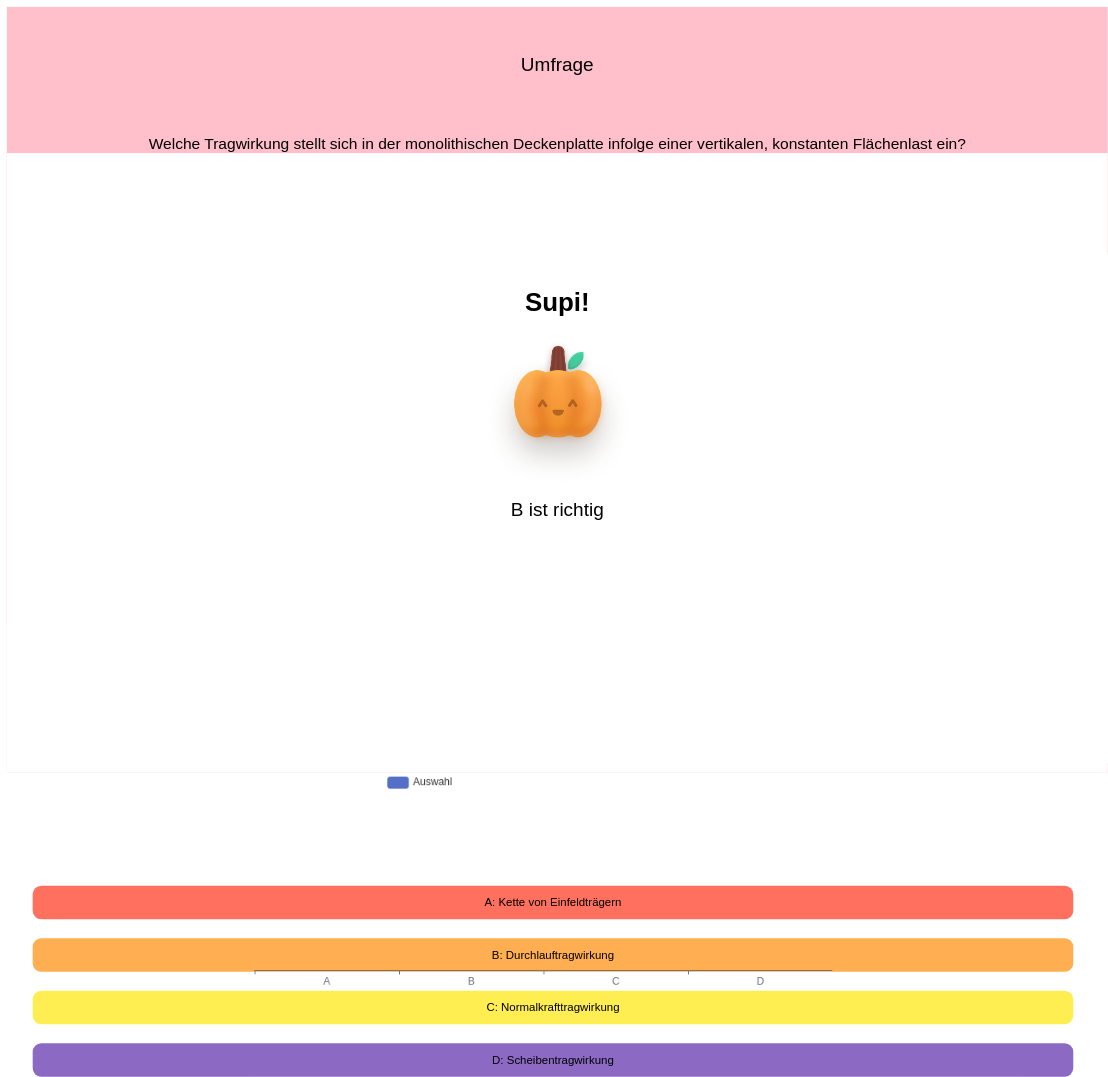
Repository: HyunraDate/Quinlan
Page: /Ergebnis1
The author's editor kept a copy of each file at every save. The page is drawn from the files as they stood at one save, then again after the next save.
The browser window is 1280 px wide. The page is 1288 px wide, so the pictures cover 1288 px, including what lies to the right of the window. The pictures show the whole page, at 86% of full size.
The page's requests for data from a server got no answer. The project was rebuilt for these pictures with package versions that can differ from the ones it lists, and the page was loaded fresh each time. No one was signed in, and anything a server would have sent is missing. Also part of the build but not shown: vite.config.js, src/views/Ergebnis2.vue, src/views/Erklaerung.vue.

Above is the page before, as saved 2023-07-04 10:24:57.

### index.html
<!DOCTYPE html>
<html lang="en">
  <head>
    <meta charset="UTF-8" />
    <link rel="icon" type="image/svg+xml" href="/vite.svg" />
    <meta name="viewport" content="width=device-width, initial-scale=1.0" />
    <title>Vite + Vue</title>
  </head>
  <body>
    <div id="app"></div>
    <script type="module" src="/src/main.js"></script>
    <script
    src="https://cdnjs.cloudflare.com/ajax/libs/echarts/5.4.1/echarts.min.js"
    integrity="sha512-OTbGFYPLe3jhy4bUwbB8nls0TFgz10kn0TLkmyA+l3FyivDs31zsXCjOis7YGDtE2Jsy0+fzW+3/OVoPVujPmQ=="
    crossorigin="anonymous"
    referrerpolicy="no-referrer">
    </script>

  </body>
</html>

### src/main.js
import { createApp } from 'vue'
// import './style.css'
import './utils/rem'
import App from './views/FragePage.vue'
import router from './router'
import * as echarts from 'echarts/core'

const app=createApp(App)//用const = 去挂载
app.use(router) //要先use哦
app.provide("ec", echarts);

// app.config.globalProperties.$axios = axios.create({
//     baseURL: 'http://localhost:8000', // 设置axios的基本URL
//     headers: {
//     // 设置axios请求的头部信息
//     }
// });

//createApp(app).mount('#app')
app.mount('#app')

### src/utils/rem.js
//rem等比适配配置文件
// 基准大小
const baseSize = 16
// 设置 rem 函数
function setRem () {
        // 当前页面宽度相对于 1920宽的缩放比例，可根据自己需要修改。
    const scale = document.documentElement.clientWidth / 1920
    // 设置页面根节点字体大小（“Math.min(scale, 2)” 指最高放大比例为2，可根据实际业务需求调整）
    document.documentElement.style.fontSize = baseSize * Math.min(scale, 2) + 'px'
    // 初始化
    setRem()
    // 改变窗口大小时重新设置
    rem.window.onresize = function () { setRem() }
}

### src/views/FragePage.vue
<!-- <template>
    <div>
    <div class="flex-col page">
        <div class="flex-col items-center">
          span class="font_1">Umfrage</span>
      <br/>

      <body onload="run()">
        wird in <span id="spanId" style="color:#FE9637">60</span>Sekunden springen!
      </body>
    </div>
</template> -->
<script>
// import { useStore } from '@store/index'
// //先引入useRouter
// import { useRouter } from 'vue-router'

// export default {
//   const store = useStore()
//   const router = useRouter()
//   //通过定义一个方法，使用Router进行跳转
//   const test =()=>
//   router.push()
// }

// import { useRouter , useRoute } from 'vue-router'

// setup(){
//     const $router=useRouter()
//     const $route=useRoute()

//     // 对象 $router.push()可以向history对象添加新记录
//     $router.push({ path: 'Ergebnis1' })
// }


// return {
//   store,
//   //这里暴露test方法
//   test
// }
// 页面一加载完成，该方法就会执行
// 读秒，一秒钟数字改变一次

// export default { 唔可以系setup度用
//   methods: {
//     scrollTo(target) {
//       const element = this.$refs[target];
//       element.scrollIntoView({ behavior: 'smooth' });
//     }
//   }
// }

var x = 60;
var select = "Step3.html";

function run(){
  // 获取到的是span标签的对象
  var span = document.getElementById("spanId");
  // 获取span标签中间的文本
  span.innerHTML = x;
  x--;
  // 再让run方法执行呢，一秒钟执行一次
  if(x < 0)window.location = select;
  else window.setTimeout("run()", 1000);

};

function test(click){
  select = click;
}

export default {
  data() {
    return {
      isDisabled: false,
      showButton: true,
    };
  },
  //Falls du die Btns nicht zeigen möchtest
  // beforeRouteEnter(to, from, next) {
  //   next(vm => {
  //     vm.showButton = false
  //   })
  // },
  // mounted() {
  //   // 在页面加载时显示按钮
  //   this.showButton = true;
  // },
  // beforeDestroy() {
  //   // 在页面销毁之前隐藏按钮
  //   this.showButton = false;
  // },

  methods:{
    option1:function(){
      console.log(this.$router);
      // this.$router.plus('/') 这里跳转不了欸
      //this.$router.push({path:"/"}) //传入对象 但也跳转不了欸 push!唔系plus啊死蠢！
      //this.showButton = false;

      //带参数
      this.$router.push({path:'/Ergebnis1'}) //成功跳转了！！okok!!
      //this.$router.push({name:"almond",params:{id:Chocolat}}) //传参 这里传不到欸 // 试一下传right
      },

      option2:function(){
        console.log(this.$router);
        //this.showButton = false; //hier zeigt die Button nicht mehr, wie du möchtest

        //带参数
        this.$router.push({path:'/Ergebnis2'}) //成功跳转了！！okok!!
        //如果要动态传参

        //this.$router.push({name:"Ergebnis2",params:{id:A}}) //传参 这里传不到欸 // 试一下传worong
      },

      onClick() {
        // 在点击事件监听器中禁用按钮
        this.isDisabled = true;
        // 在每个按钮上使用 v-bind:disabled 指令，将其值绑定为 isDisabled，
        //当 isDisabled 为 true 时，按钮将被禁用。
        console.log("Button clicked")
      },
  },


}
</script>

<template>
<body >
<div>
  <!-- <div class="flex-col page"> </div>  太占位啦！-->
    <div class="flex flex-col items-center">
    <br/><br/><br/>
    <span class="font_1">Umfrage</span>
    <!--style="{
      margin: 0;
      font-size: 1.38rem;
      font-family: Inter;
      line-height: 1.63rem;
      color: #000000;
      font-family: 'Work Sans', sans-serif;
      text-align: center;
      }"-->
    <br/><br/>
    <!-- <br/><br/> -->
    <span class="text">
    Welche Tragwirkung stellt sich in der monolithischen Deckenplatte infolge einer vertikalen, konstanten
    Flächenlast ein?
    <br/>
    </span>
  <router-view/>

<!-- onload="run()" 这里加载不了 这个onload function欸-->
<!-- wird in <span id="spanId" style="color:#FE9637">60</span>Sekunden springen! -->
</div>



<!-- 要页面跳转了
1、 router-link: <router-link to='/testDemo'>
                <button>点击跳转2</button>
                </router-link>

2、 this.$router.push('/a')
3、 get params ->  console.log(this.$route.params.a); -->
<div class="flex-col group space-y-22">

  <!-- <router-link to="Ergebnis2"><button class="flex-col justify-start items-center text-wrapper " type="submit">A: Kette von Einfeldträgern</button></router-link> -->
  <!-- <button class="flex-col justify-start items-center text-wrapper " type="submit" a href="Step3.html">A: Kette von Einfeldträgern</button> -->


  <!-- <router-link to="Ergebnis1"><button class="flex-col justify-start items-center text-wrapper_2 " type="submit">B: Durchlauftragwirkung</button></router-link> -->

  <!-- <router-link to="Ergebnis2"><button class="flex-col justify-start items-center text-wrapper_3" type="button">C: Normalkrafttragwirkung</button>
  </router-link> -->
<button v-on:click="onClick" :disabled="isDisabled" v-if="showButton" id ="A" class="flex-col justify-start items-center text-wrapper " type="submit" @click="option2">A: Kette von Einfeldträgern</button>

<button v-on:click="onClick" :disabled="isDisabled" v-if="showButton" id ="B" class="flex-col justify-start items-center text-wrapper_2" type="button" @click="option1">B: Durchlauftragwirkung</button>

<button v-on:click="onClick" :disabled="isDisabled" v-if="showButton" id ="C" class="flex-col justify-start items-center text-wrapper_3" type="button" @click="option2">C: Normalkrafttragwirkung</button>

<button v-on:click="onClick" :disabled="isDisabled" v-if="showButton" id ="D" class="flex-col justify-start items-center text-wrapper_4" type="button" @click="option2">D: Scheibentragwirkung</button>
</div>
</div>

</body>
</template>

<style scoped>
@import url("../css/halloween.css"); /*src = . */
/* .font_1{ /* didnt work
  position: center;
  } */

/*
使用深度选择器来写使样式生效。
有两种写法：

.a >>> .b {}
.a /deep/ .b
当你子组件使用了 scoped 但在父组件又想修改子组件的样式可以 通过 >>> 来实现：

<style scoped>
.a >>> .b { /* ...


将会编译成
.a[data-v-f3f3eg9] .b {
  /* ... */

</style>

### src/css/halloween.css
/* 语法 @media mediaType and|not|only (media feature) {
  /*CSS-Code;*/
  /* 3、css中的vh和vm
  vh和vm是相对视口区域的宽高，即浏览器可视区域

  vw：1vw等于视口宽度的1%。
  vh：1vh等于视口高度的1%。

  使用场景：页面头部和尾部固定，中间内容若高度超出，则出现滚动条，但是整个页面不出现滚动条，
  在此情况下就要计算中间内容的高度，可以使用vh解决 */

  /* :root { why didnt work??
  font-family: 'Work Sans', sans-serif;
  line-height: 1.5;
  font-weight: 400;

  color-scheme: light dark;
  color: rgba(255, 255, 255, 0.87);
  background-color: #242424;

  font-synthesis: none;
  text-rendering: optimizeLegibility;
  -webkit-font-smoothing: antialiased;
  -moz-osx-font-smoothing: grayscale;
  -webkit-text-size-adjust: 100%;
  } */

  /* // 最大宽度为1280 （width-max: 1280）*/
@media (width: 100vw) {
  html {
    font-size: 1.88rem;
    font-weight: 500;
    font-family: 'Work Sans', sans-serif;
  }

  body {
    background: pink;
    height:100vh;
    margin: 0;
    -webkit-font-smoothing: antialiased;
    -moz-osx-font-smoothing: grayscale;

  }

  body * {
    box-sizing: border-box;
    flex-shrink: 0;
  }

  button {
    border-width: 0px;
    border-radius: 0.63rem;
  }
  button:hover{
    border:2px solid #FE9637;
    box-shadow:rgba(251, 161, 72, 0.66) 0 0 5px;
    transition:all .2s;
  }
  .flex-row {
    display: flex;
    flex-direction: row;
  }

  .flex-col {
    display: flex;
    flex-direction: column;
  }

  .justify-start {
    justify-content: flex-start;
  }

  .justify-end {
    justify-content: flex-end;
  }

  .justify-center {
    justify-content: center;
  }

  .justify-between {
    justify-content: space-between;
  }

  .justify-around {
    justify-content: space-around;
  }

  .justify-evenly {
    justify-content: space-evenly;
  }

  .items-start {
    align-items: flex-start;
  }

  .items-end {
    align-items: flex-end;
  }

  .items-center {
    align-items: center;
  }

  .items-baseline {
    align-items: baseline;
  }

  .items-stretch {
    align-items: stretch;
  }

  .self-start {
    align-self: flex-start;
  }

  .self-end {
    align-self: flex-end;
  }

  .self-center {
    align-self: center;
  }

  .self-baseline {
    align-self: baseline;
  }

  .self-stretch {
    align-self: stretch;
  }

  .flex-1 {
    flex: 1 1 0%;
  }

  .flex-auto {
    flex: 1 1 auto;
  }

  .grow {
    flex-grow: 1;
  }

  .grow-0 {
    flex-grow: 0;
  }

  .shrink {
    flex-shrink: 1;
  }

  .shrink-0 {
    flex-shrink: 0;
  }

  .relative {
    position: relative;
  }

  /* .page {
    padding: 8.63rem 3.38rem 16.31rem 4rem;
    background-color: #ffffff;
    width: 100%;
    overflow-y: auto;
    overflow-x: hidden;
    height: 100%;
  } */
  .font_1 {
    font-size: 3.38rem;
    font-family: Inter;
    line-height: 1.63rem;
    color: #000000;
    font-family: 'Work Sans', sans-serif;
    text-align: center;
  }

  .text {
    margin-top: 2rem;
    color: #000000;
    font-size: 1.13rem;
    font-family: Inter;
    line-height: 1.38rem;
    text-align: center;
    font-family: 'Work Sans', sans-serif;
  }
  .group {
    margin-top: 8.25rem;
    padding: 0 1.88rem;
  }
  .space-y-22 > *:not(:first-child) {
    margin-top: 1.38rem;
  }
  .text-wrapper {
    margin-right: 0.63rem;
    padding: 0.75rem 0;
    background-color: #FF715E;
  }
  .font_2 {
    font-size: 1rem;
    font-family: Inter;
    line-height: 0.97rem;
    color: #000000;
    font-family: 'Work Sans', sans-serif;
  }
  .text-wrapper_2 {
    margin-right: 0.63rem;
    padding: 0.75rem 0;
    background-color: #ffaf51;
    outline: none;
  }
  .text-wrapper_3 {
    margin-right: 0.63rem;
    padding: 0.75rem 0;
    background-color: #FFEE51;
  }
  .text-wrapper_4 {
    margin-right: 0.63rem;
    padding: 0.75rem 0;
    background-color: #8C6AC4;
  }
}
/* // 200px为头部加尾部高度 */


  /* // 宽度为1281-1366之间
@media (min-width: 1281px) and (max-width: 1366px) {
  body {
    background: red;
  }
}

/* // 最小宽度为1441  */
/* @media (min-width: 1441px) {
  body {
    background: green;
  }
} */


html {
  font-size: 1.88rem;
  font-weight: 500;
  font-family: 'Work Sans', sans-serif;
}

body {
  margin: 0;
  -webkit-font-smoothing: antialiased;
  -moz-osx-font-smoothing: grayscale;
  width: 100vw;
  height: 100vh;
}

body * {
  box-sizing: border-box;
  flex-shrink: 0;
}

button {
  border-width: 0px;
  border-radius: 0.63rem;
}
button:hover{
  border:2px solid #FE9637;
  box-shadow:rgba(251, 161, 72, 0.66) 0 0 5px;
  transition:all .2s;
}
.flex-row {
  display: flex;
  flex-direction: row;
}

.flex-col {
  display: flex;
  flex-direction: column;
}

.justify-start {
  justify-content: flex-start;
}

.justify-end {
  justify-content: flex-end;
}

.justify-center {
  justify-content: center;
}

.justify-between {
  justify-content: space-between;
}

.justify-around {
  justify-content: space-around;
}

.justify-evenly {
  justify-content: space-evenly;
}

.items-start {
  align-items: flex-start;
}

.items-end {
  align-items: flex-end;
}

.items-center {
  align-items: center;
}

.items-baseline {
  align-items: baseline;
}

.items-stretch {
  align-items: stretch;
}

.self-start {
  align-self: flex-start;
}

.self-end {
  align-self: flex-end;
}

.self-center {
  align-self: center;
}

.self-baseline {
  align-self: baseline;
}

.self-stretch {
  align-self: stretch;
}

.flex-1 {
  flex: 1 1 0%;
}

.flex-auto {
  flex: 1 1 auto;
}

.grow {
  flex-grow: 1;
}

.grow-0 {
  flex-grow: 0;
}

.shrink {
  flex-shrink: 1;
}

.shrink-0 {
  flex-shrink: 0;
}

.relative {
  position: relative;
}

.page {
  padding: 8.63rem 3.38rem 16.31rem 4rem;
  background-color: #ffffff;
  width: 100%;
  overflow-y: auto;
  overflow-x: hidden;
  height: 100%;
}
.font_1 {
  font-size: 1.38rem;
  font-family: Inter;
  line-height: 1.63rem;
  color: #000000;
  font-family: 'Work Sans', sans-serif;
}
.text {
  margin-top: 2rem;
  color: #000000;
  font-size: 1.13rem;
  font-family: Inter;
  line-height: 1.38rem;
  text-align: center;
  font-family: 'Work Sans', sans-serif;

}
.group {
  margin-top: 8.25rem;
  padding: 0 1.88rem;
}
.space-y-22 > *:not(:first-child) {
  margin-top: 1.38rem;
}
.text-wrapper {
  margin-right: 0.63rem;
  padding: 0.75rem 0;
  background-color: #FF715E;
}
.font_2 {
  font-size: 1rem;
  font-family: Inter;
  line-height: 0.97rem;
  color: #000000;
  font-family: 'Work Sans', sans-serif;
}
.text-wrapper_2 {
  margin-right: 0.63rem;
  padding: 0.75rem 0;
  background-color: #ffaf51;
  outline: none;
}
.text-wrapper_3 {
  margin-right: 0.63rem;
  padding: 0.75rem 0;
  background-color: #FFEE51;
}
.text-wrapper_4 {
  margin-right: 0.63rem;
  padding: 0.75rem 0;
  background-color: #8C6AC4;
}

### src/views/Ergebnis1.vue
<template>
  <html lang="en">
    <!-- <head>
    <meta charset="UTF-8" />
    <meta http-equiv="X-UA-Compatible" content="IE=edge" />
    <meta name="viewport" content="width=device-width, initial-scale=1.0" />
    <title>codefun</title>
    <link rel="stylesheet" href="./Step3.Ai.css" /> -->

    <!-- 需要需要！ 就算——我在main.js已经import了echarts了
    <script src="node_modules/echarts/dist/echarts.min.js"></script>
    <script src="https://cdnjs.cloudflare.com/ajax/libs/echarts/5.4.1/echarts.min.js"
    integrity="sha512-OTbGFYPLe3jhy4bUwbB8nls0TFgz10kn0TLkmyA+l3FyivDs31zsXCjOis7YGDtE2Jsy0+fzW+3/OVoPVujPmQ=="
    crossorigin="anonymous"
    referrerpolicy="no-referrer"></script>

  </head>-->
    <body>
      <div class="flex-col items-center page">
        <span class="text">Supi!</span>
        <img src="../images/right.png" img class="image" @click="goPage" />
        <span class="text_2">B ist richtig</span>
      </div>

      <!--为Chart准备定义了宽高的DOM-->
      <!-- <div class="echartsBox" ref="echartsBox"> 初始化Echarts 峰华老师的方法 使用props传参 -->
      <div
        id="myEcharts"
        ref="echartsBox"
        :style="// muss hier id & ref gleich?
        {
          width: '75%',
          height: '300px',
          // margin: auto,
          // display: flex,
          // justify-content: center,
          // align-items: center
        }"
      >
        <!-- //<canvas data-zr-dom-id="zr_0" //报错了
      // width:"293px",
      // height:"422px",
      // position: absolute,
      // left: "0px",
      // top: "0px",
      // user-select: none,
      // -webkit-tap-highlight-
      // color: rgba(0, 0, 0, 0),
      // padding: "0px",
      // margin: "0px",
      // border-width: "0px">
      width: '75%',
      height: '100%',
      margin: 0,</canvas> -->
      </div>
    </body>
  </html>

  <!-- <div> -->
  <!-- <a href="../views/Erklaerung.vue" target="_blank"> -->
  <!-- <img src="../images/right.png" class="richtig" alt="Vite logo" @click="goPage"/> -->
  <!-- </a> -- Vue不用a标签的>
    <a href="https://vuejs.org/" target="_blank">
      <img src="../assets/vue.svg" class="logo vue" alt="Vue logo" />
    </a> -->
  <!-- </div> -->
  <!-- <HelloWorld msg="Vite + Vue" /> -->
</template>

<script>
import * as echarts from "echarts";
import { reactive, ref, onMounted, onUnmounted, nextTick } from "vue";
import axios from "axios";

export default {
  methods: {
    goPage: function () {
      console.log(this.$router);
      // this.$router.plus('/') 这里跳转不了欸
      //this.$router.push({path:"/"}) //传入对象 但也跳转不了欸 push!唔系plus啊死蠢！

      //带参数
      this.$router.push({ path: "/Erklaerung" }); //成功跳转了！！okok!!
      //this.$router.push({name:"almond",params:{id:Chocolat}}) //传参 这里传不到欸
    },
  },

  setup() {
    let chart;

    var state = reactive({
      data: [], //这里定义了data的类型是array
      dataType: "json", //返回数据形式为json but didnt work?
      option: {
        // title: {
        //   text: "Umfrage",
        //   color: "#FE9637",
        // },
        tooltip: {},
        legend: {
          //data: ["Auswahl"],
          //series里面有name值， legend里面的data可以删掉
        },
        grid: {
          left: "30%",
          top: "10%",
          right: "auto", //ok了！？
          // left: left,
          // top: top,
          // right: 'auto',
          // bottom: 'auto',
          containLebel: true, //显示刻度，不显示就false
        },

        style: {
          width: "75%",
          height: "100%",
          margin: 0,
          //到底写在哪里啊style@media
        },

        xAxis: {
          type: "category",
          data: ["A", "B", "C", "D"],
        },
        yAxis: {
          type: "value",
          //data: state.values, 这里不显示的 要在下面series显示
        },
        series: [
          {
            name: "Auswahl",
            type: "bar",
            data: [],
            //If 传的是Proxy对象，proxy代理了Child对象，所以我们访问的是proxy代理对象的自身属性，因此不需要.value
            //ref的值在 JS/TS 中读取和修改时，需要使用 .value获取，在模版中读取是，不需要使用 .value
            itemStyle: {
              //通常情况下：
              normal: {
                //每个柱子的颜色即为colorList数组里的每一项，如果柱子数目多于colorList的长度，则柱子颜色循环使用该数组
                color: function (params) {
                  var colorList = [
                    "#ff715e",
                    "#ffaf51",
                    "#ffee51",
                    "#8c6ac4",
                    "#715c87",
                  ];
                  return colorList[params.dataIndex];
                },
              },
              //鼠标悬停时：
              emphasis: {
                shadowBlur: 10,
                shadowOffsetX: 0,
                shadowColor: "rgba(251, 161, 72, 0.66)",
              },
            },
          },
        ],
      },
    });

    /// 声明定义一下echart
    let echart = echarts;

    onMounted(() => {
      initChart(); //initChart报错惹
      axios
        .get("http://localhost:8000/question1")
        .then((res) => {
          // state.data = res.data;
          state.option.series[0].data = res.data;
          nextTick(() => {
            chart.setOption(state.option);
          });
        })
        .catch((error) => {
          console.log(error); //没有报错表示成功了！
        });
    });

    onUnmounted(() => {
      echart.dispose;
    });

    // 基础配置一下Echarts
    function initChart() {
      chart = echart.init(document.getElementById("myEcharts")); //initChart报错惹
      // 把配置和数据放这里
      chart.setOption(state.option);

      //Pink老师教的方法
      window.addEventListener("resize", function () {
        chart.resize();
      });
    }
    onUnmounted(() => {
      chart.dispose();
    });
    return { initChart, state };
  },
};
</script>

<style scoped>
@import url("../css/Step3b.css"); /*src = . */
</style>

### src/css/Step3b.css
@media (width: 100vw) {
  html {
    font-size: 16px;
  }

  body {
    background: pink;
    margin: 0;
    font-family: -apple-system, BlinkMacSystemFont, 'Segoe UI', 'Roboto', 'Oxygen', 'Ubuntu', 'Cantarell', 'Fira Sans',
        'Droid Sans', 'Helvetica Neue', 'Microsoft Yahei', sans-serif;
    -webkit-font-smoothing: antialiased;
    -moz-osx-font-smoothing: grayscale;
    width: 100vw;
    height: 100vh;
  }

  body * {
    box-sizing: border-box;
    flex-shrink: 0;
  }

/*
html {
    font-size: 16px;
  }
   */
  /* body {
    margin: 0;
    font-family: -apple-system, BlinkMacSystemFont, 'Segoe UI', 'Roboto', 'Oxygen', 'Ubuntu', 'Cantarell', 'Fira Sans',
      'Droid Sans', 'Helvetica Neue', 'Microsoft Yahei', sans-serif;
    -webkit-font-smoothing: antialiased;
    -moz-osx-font-smoothing: grayscale;
    width: 100vw;
    height: 100vh;
  } */

  body * {
    box-sizing: border-box;
    flex-shrink: 0;
  }

  .echarts-box {
    text-align:center;
  }

  /* canvas {
    text-align:center;
  } */

  .flex-row {
    display: flex;
    flex-direction: row;
  }

  .flex-col {
    display: flex;
    flex-direction: column;
  }

  .justify-start {
    justify-content: flex-start;
  }

  .justify-end {
    justify-content: flex-end;
  }

  .justify-center {
    justify-content: center;
  }

  .justify-between {
    justify-content: space-between;
  }

  .justify-around {
    justify-content: space-around;
  }

  .justify-evenly {
    justify-content: space-evenly;
  }

  .items-start {
    align-items: flex-start;
  }

  .items-end {
    align-items: flex-end;
  }

  .items-center {
    align-items: center;
  }

  .items-baseline {
    align-items: baseline;
  }

  .items-stretch {
    align-items: stretch;
  }

  .self-start {
    align-self: flex-start;
  }

  .self-end {
    align-self: flex-end;
  }

  .self-center {
    align-self: center;
  }

  .self-baseline {
    align-self: baseline;
  }

  .self-stretch {
    align-self: stretch;
  }

  .flex-1 {
    flex: 1 1 0%;
  }

  .flex-auto {
    flex: 1 1 auto;
  }

  .grow {
    flex-grow: 1;
  }

  .grow-0 {
    flex-grow: 0;
  }

  .shrink {
    flex-shrink: 1;
  }

  .shrink-0 {
    flex-shrink: 0;
  }

  .relative {
    position: relative;
  }

  .page {
    padding: 10rem 0 3.13rem; /* 调整上下边距的值 原值：31.38rem */
    background-color: #ffffff;
    width: 100%;
    overflow-y: auto;
    overflow-x: hidden;
    height: 100%;
  }
  .text {
    color: #000000;
    font-size: 1.88rem;
    font-family: Inter;
    font-weight: 700;
    line-height: 1.81rem;
    font-family: 'Work Sans', sans-serif;
  }
  .image {
    margin-top: 1.63rem;
    width: 11.13rem;
    height: 10.81rem;
  }
  .text_2 {
    margin-top: 1rem;
    color: #000000;
    font-size: 1.38rem;
    font-family: Inter;
    line-height: 1.34rem;
    font-family: 'Work Sans', sans-serif;
  }
}

Loaded but not shown: src/router/index.js (136 lines, source omitted)

After the next save:
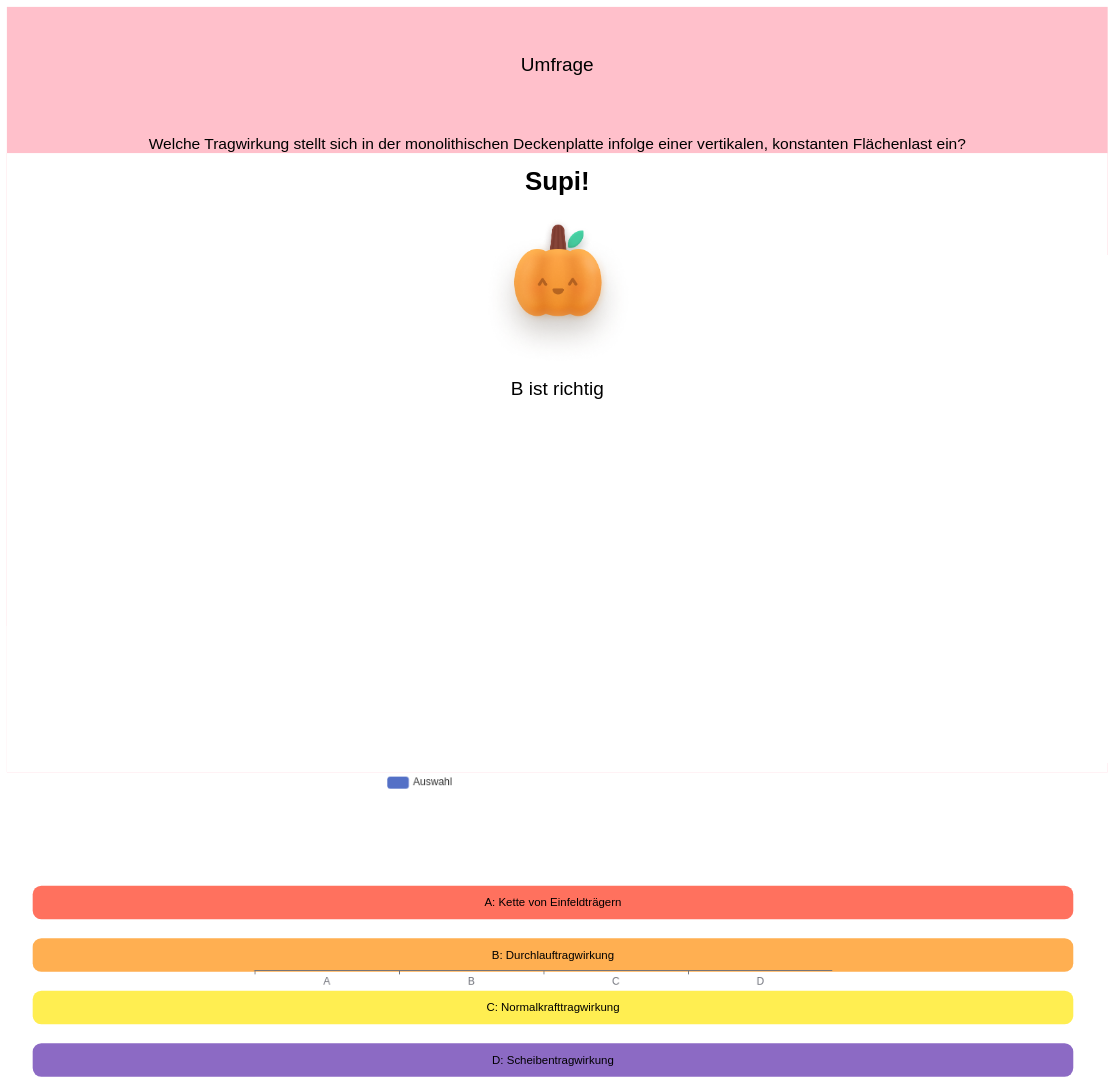
Saved 56 s later.
--- a/src/css/Step3b.css
+++ b/src/css/Step3b.css
@@ -150,7 +150,7 @@ html {
   }
 
   .page {
-    padding: 10rem 0 3.13rem; /* 调整上下边距的值 原值：31.38rem */
+    padding: 1.2rem 0 1.2rem; /* 调整上下边距的值 原值：31.38rem */
     background-color: #ffffff;
     width: 100%;
     overflow-y: auto;
